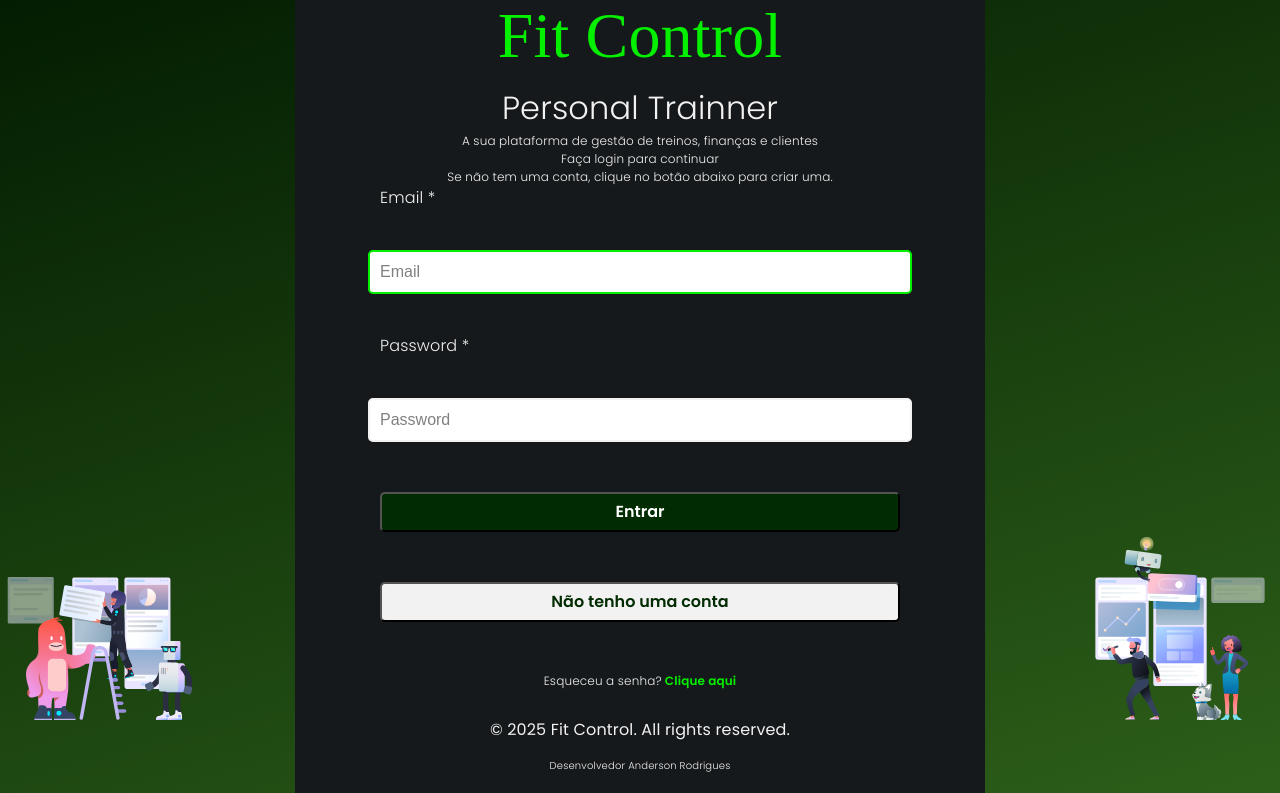
Repository: fit-control/frontend-fit-control
Page: /
An editor plug-in stored every save of this project. The page is shown before and after the next save, followed by the edit.
The browser window is 1280 px wide. The pictures show the whole page.
The page's requests for data from a server got no answer. Some web fonts or font styles are not loaded; a fallback is used. The project was rebuilt for these pictures with package versions that can differ from the ones it lists, and the page was loaded fresh each time. No one was signed in, and anything a server would have sent is missing. Also part of the build but not shown: next.config.js, vite.config.ts, src/components/containerCenterCadastro.tsx, src/pages/About.tsx, src/pages/NotFound.tsx, src/components/AuthRoutes.tsx, src/pages/PaginaTeste.tsx.

Above is the page before, as saved 2025-03-23 19:34:40.

After the next save:
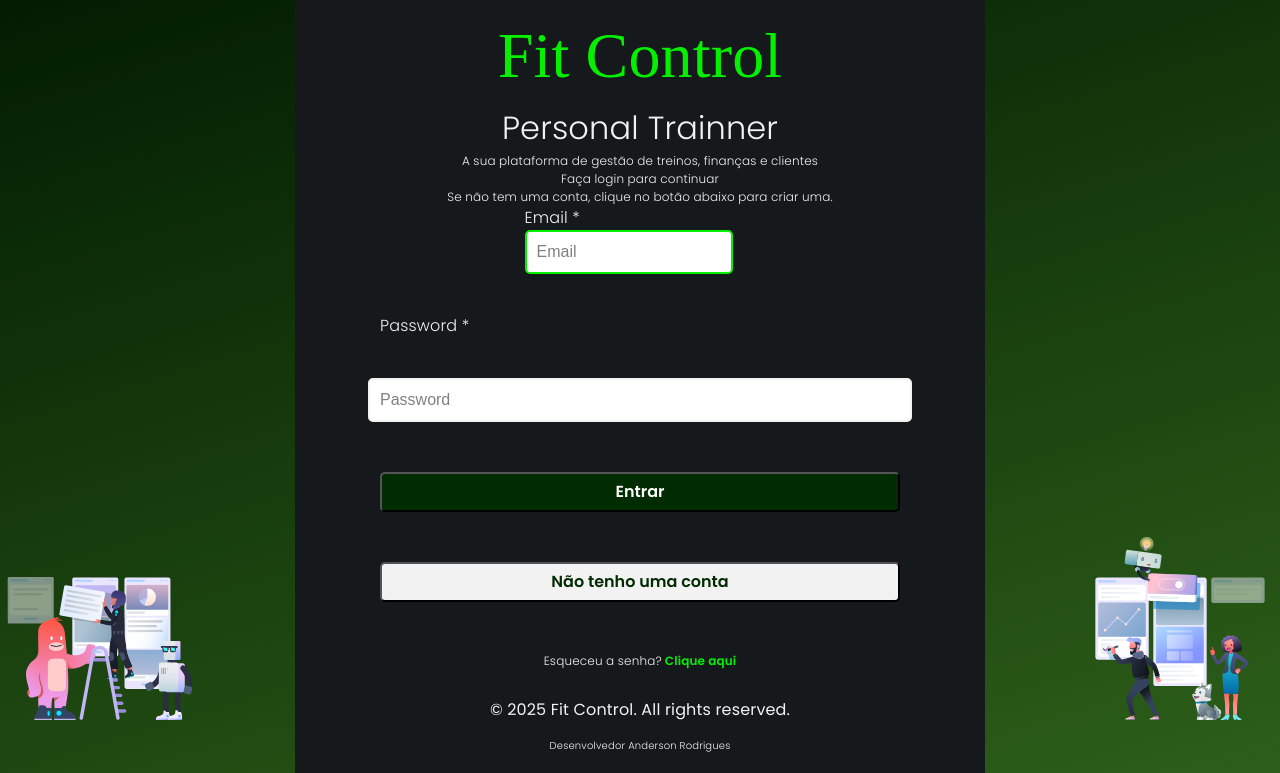
Saved 7 s later.
--- a/src/components/containerCenterLogin.tsx
+++ b/src/components/containerCenterLogin.tsx
@@ -104,7 +104,7 @@ const ContainerCenterLogin = () => {
 
         </div>
         <div className="centerCard">
-          <div className="centerCard">
+          <div className="">
             <label htmlFor="email" style={{ color: errorMessage ? "red" : ""}}>Email *</label>
             <input
               type="text"
